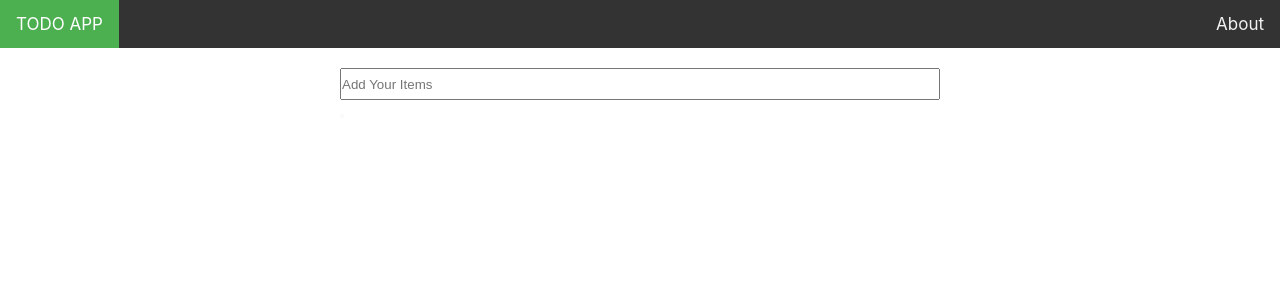
Repository: hoangphuong965/myTodoList
Page: /
The author's editor kept a copy of each file at every save. The page is drawn from the files as they stood at one save, then again after a run of saves.
The browser window is 1280 px wide. The pictures show the whole page.
The project was rebuilt for these pictures with package versions that can differ from the ones it lists, and the page was loaded fresh each time. Also part of the build but not shown: src/components/TodoItems.js.

Above is the page before, as saved 2020-06-01 21:25:30.

After the next 12 saves:
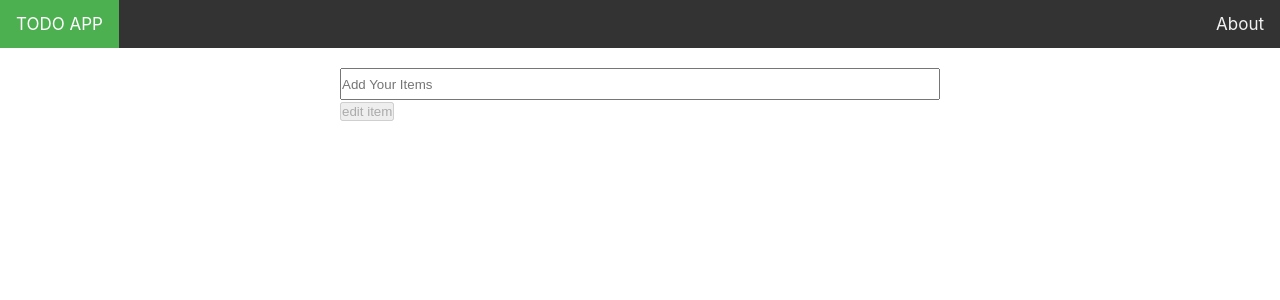
The 12 saves are shown as one change because 3 did not build or start and some came seconds apart.
The last was saved 45 s later.
--- a/src/components/TodoInput.js
+++ b/src/components/TodoInput.js
@@ -16,7 +16,7 @@ export default class TodoInput extends Component {
             />
           </span>
           <button type="submit" disabled={item ? false : true}>
-
+            {handleEdit ? "edit item" : "add item"}
           </button>
         </form>
       </div>
